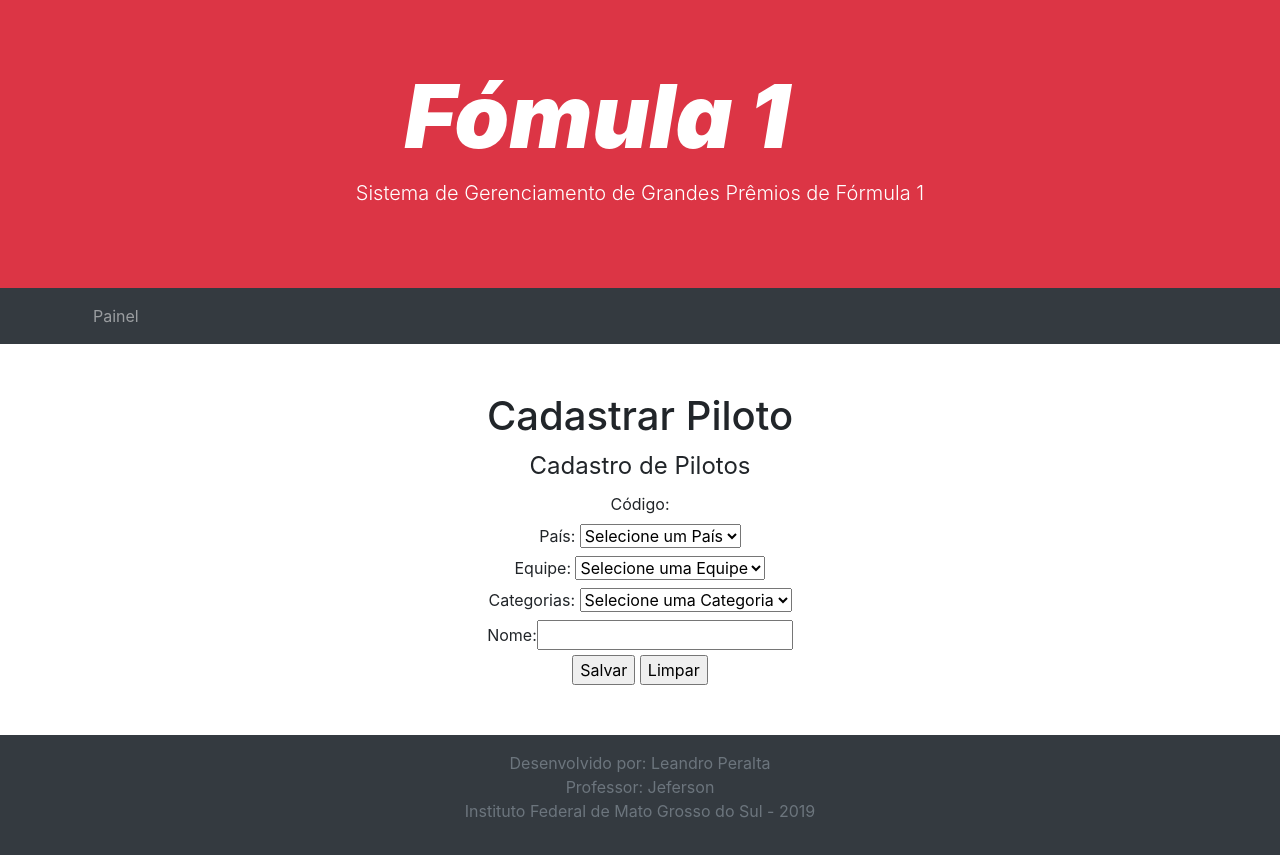
Repository: lperalta13/Formula1_Java
Page: http://localhost/formula1/piloto.jsp
The author's editor kept a copy of each file at every save. The page is drawn from the files as they stood at one save, then again after the next save.
The browser window is 1280 px wide. The pictures show the whole page.
The page is served by Tomcat 9. Other server files are loaded and not shown. The template is opened directly, without the code that normally fills it, so the values that code supplies are empty.

Above is the page before, as saved 2019-12-11 21:41:52.

### formula1/WebContent/piloto.jsp
<%@page import="org.apache.jasper.tagplugins.jstl.core.ForEach"%>
<%@ page language="java" contentType="text/html; charset=ISO-8859-1"
	pageEncoding="ISO-8859-1"%>
<%@ page import="java.util.List,br.com.empresa.model.Pais" %>
<%@ page import="java.util.List,br.com.empresa.model.Equipe" %>
<%@ taglib uri="http://java.sun.com/jsp/jstl/core" prefix="c"%>
<%@ taglib uri="http://java.sun.com/jsp/jstl/fmt" prefix="fmt"%>

<!DOCTYPE html>
<html lang="pt">
<head>
    <meta charset="UTF-8">
    <meta name="viewport" content="width=device-width, initial-scale=1, shrink-to-fit=no">
    <title>Fómula 1</title>
    <!-- Bootstrap core CSS -->
    <link rel="stylesheet" href="https://stackpath.bootstrapcdn.com/bootstrap/4.3.1/css/bootstrap.min.css" integrity="sha384-ggOyR0iXCbMQv3Xipma34MD+dH/1fQ784/j6cY/iJTQUOhcWr7x9JvoRxT2MZw1T" crossorigin="anonymous">
    <link rel="stylesheet" href="css/pro.css">

    <style type="text/css">
        img{
            height: calc(100vh - 463px);
            object-fit: cover;
        }
        .container:nth-of-type(2){
            min-height: calc(100vh - 463px);
            margin-bottom: 50px;
        }
    </style>

</head>
<body class="position-relative">
  <div class="jumbotron jumbotron-fluid mb-0 bg-danger text-white">
    <div class="container text-center">
      <h1 class="display-2 font-italic font-weight-bold"><strong> Fómula 1 </strong><i class="fas fa-tire fa-spin"></i></h1>
      <p class="lead">Sistema de Gerenciamento de Grandes Prêmios de Fórmula 1</p>
    </div>
  </div>
  <nav class="navbar navbar-expand-lg navbar-dark bg-dark">
    <div class="container">
      <div class="collapse navbar-collapse" id="navbarNavDropdown">
        <ul class="navbar-nav mr-auto">
            <li class="nav-item">
              <a class="nav-link" href="dashboard.html">Painel<span class="sr-only">(Página atual)</span></a>
            </li>
        </ul>
      </div>
    </div>
    </nav>
<div class="container" align="center">
	<div class="row mt-5">
		<div class="col-md-12">
			<h1>Cadastrar Piloto</h1>
		<form method="get" action="cadPiloto">
			<fieldset>
				<legend>Cadastro de Pilotos</legend>
				<label>Código: </label><input type="hidden" name="codigo" />
				<br />
				<label>País:</label>
				<select name="pais">
					<option value="">Selecione um País</option>
					<c:forEach var="pais" items="${paises}">
						<option value="${pais.codigo}" >
							${pais.nome}</option>
					</c:forEach>
				</select>
				<br/>
				<label>Equipe:</label>
				<select name="equipe">
					<option value="">Selecione uma Equipe</option>
					<c:forEach var="equipe" items="${equipes}">
						<option value="${equipe.codigo}" >
							${equipe.descricao}</option>
					</c:forEach>
				</select>
				<br/>
				<label>Categorias:</label>
				<select name="categoria">
					<option value="">Selecione uma Categoria</option>
					<c:forEach var="categoria" items="${categorias}">
						<option value="${categoria}" >
							${categoria.descricao}</option>
					</c:forEach>
				</select>
				<br/>

				<label>Nome:</label><input type="text" name="nome" />
				<br />

				<input type="submit" value="Salvar">
				<input type="reset" value="Limpar">
				<br />
			</fieldset>
		</form>
	</div>
	</div>
	</div>
	</div>
	<footer class="text-muted text-center bg-dark p-3">
		<div class="container">
			<p>Desenvolvido por: Leandro Peralta
            <br>Professor: Jeferson
            <br>Instituto Federal de Mato Grosso do Sul - 2019</p>
		</div>
	</footer>
	<script src="https://code.jquery.com/jquery-3.3.1.slim.min.js" integrity="sha384-q8i/X+965DzO0rT7abK41JStQIAqVgRVzpbzo5smXKp4YfRvH+8abtTE1Pi6jizo" crossorigin="anonymous"></script>
	<script src="https://cdnjs.cloudflare.com/ajax/libs/popper.js/1.14.3/umd/popper.min.js" integrity="sha384-ZMP7rVo3mIykV+2+9J3UJ46jBk0WLaUAdn689aCwoqbBJiSnjAK/l8WvCWPIPm49" crossorigin="anonymous"></script>
	<script src="https://stackpath.bootstrapcdn.com/bootstrap/4.1.3/js/bootstrap.min.js" integrity="sha384-ChfqqxuZUCnJSK3+MXmPNIyE6ZbWh2IMqE241rYiqJxyMiZ6OW/JmZQ5stwEULTy" crossorigin="anonymous"></script>

</body>
</html>

Loaded but not shown: formula1/WebContent/css/pro.css (library)

After the next save:
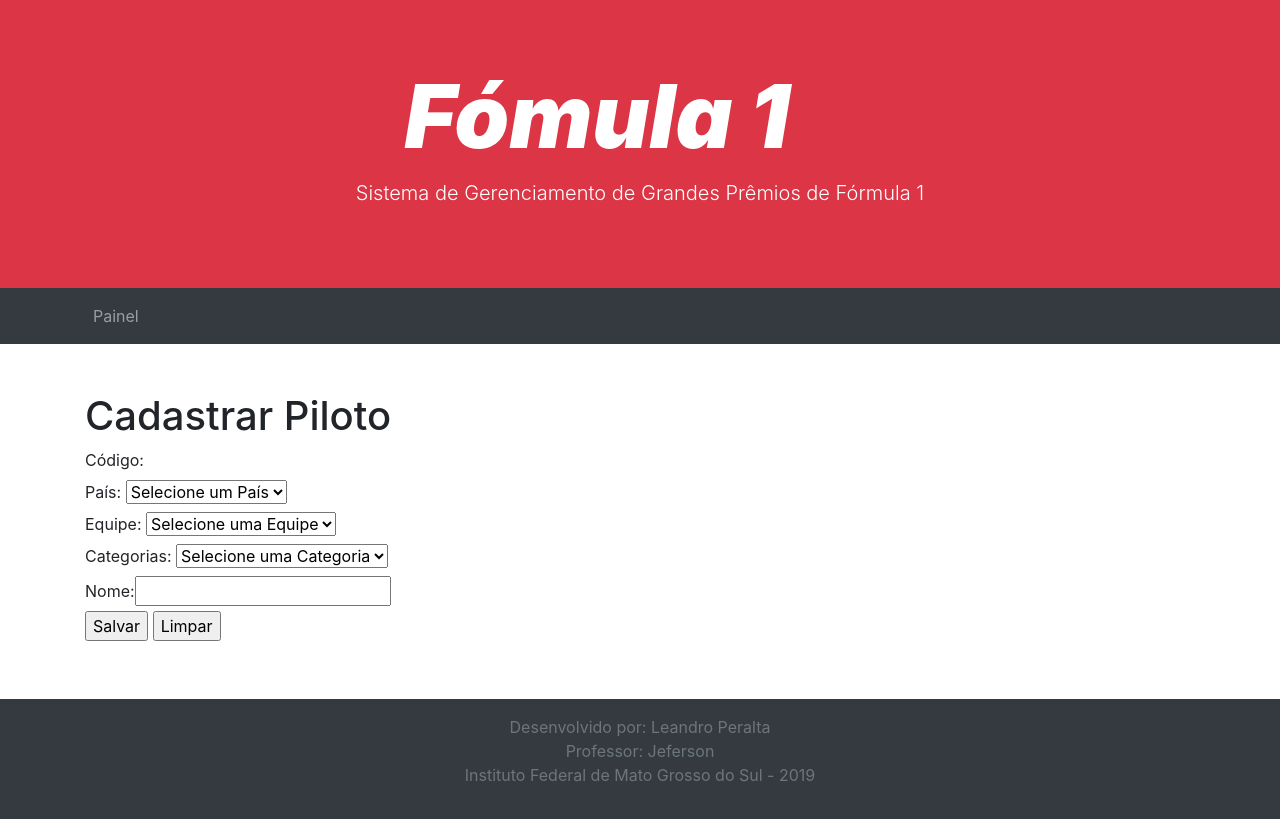
Saved 82 s later.
--- a/formula1/WebContent/piloto.jsp
+++ b/formula1/WebContent/piloto.jsp
@@ -46,13 +46,12 @@
       </div>
     </div>
     </nav>
-<div class="container" align="center">
+<div class="container">
 	<div class="row mt-5">
 		<div class="col-md-12">
 			<h1>Cadastrar Piloto</h1>
 		<form method="get" action="cadPiloto">
 			<fieldset>
-				<legend>Cadastro de Pilotos</legend>
 				<label>Código: </label><input type="hidden" name="codigo" />
 				<br />
 				<label>País:</label>
